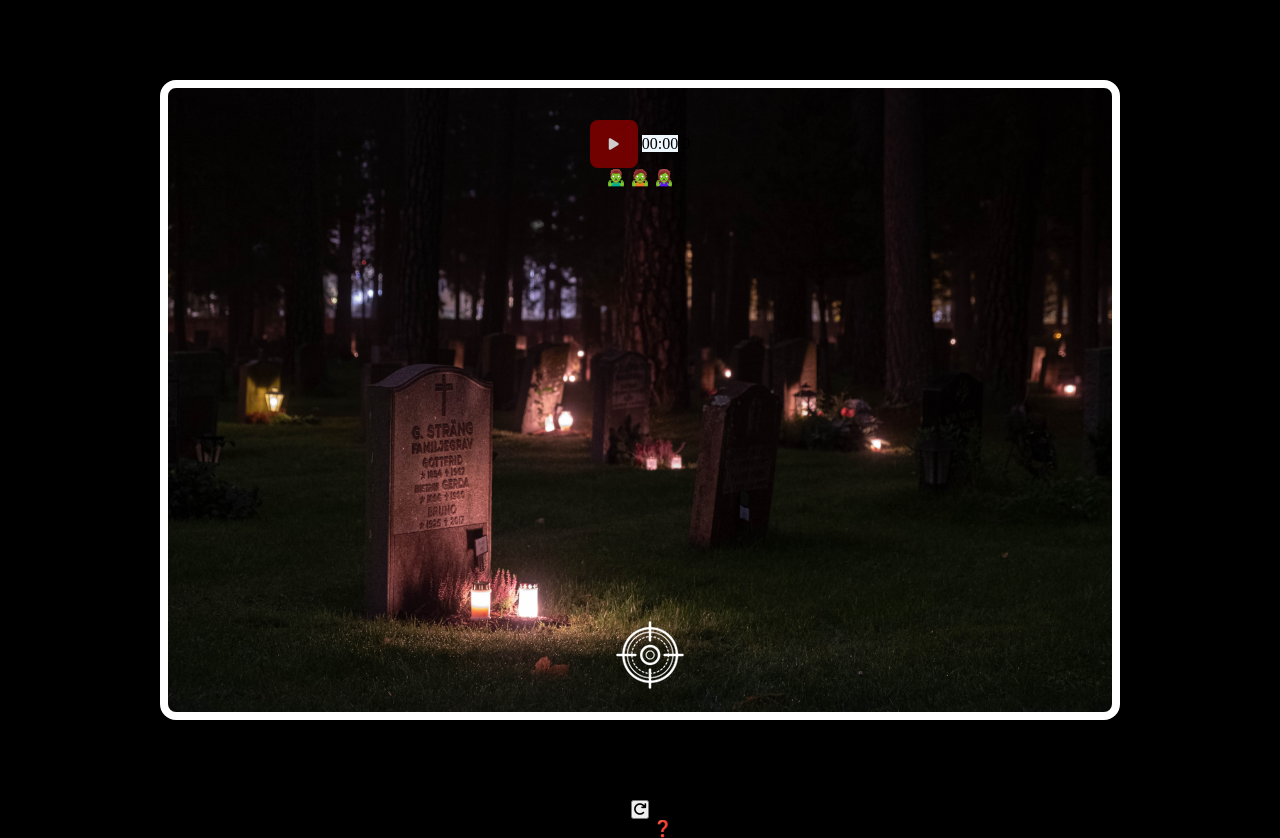
Repository: MrJinkyu/ZombieGame
Page: index.html
These files come from the project's save history. The page is drawn as it stood at one moment and after the next save; the edit follows.
The browser window is 1280 px wide. The pictures show the whole page.
Some web libraries are served in a nearby version.

Above is the page before, as saved 2023-04-08 22:01:19.

After the next save:
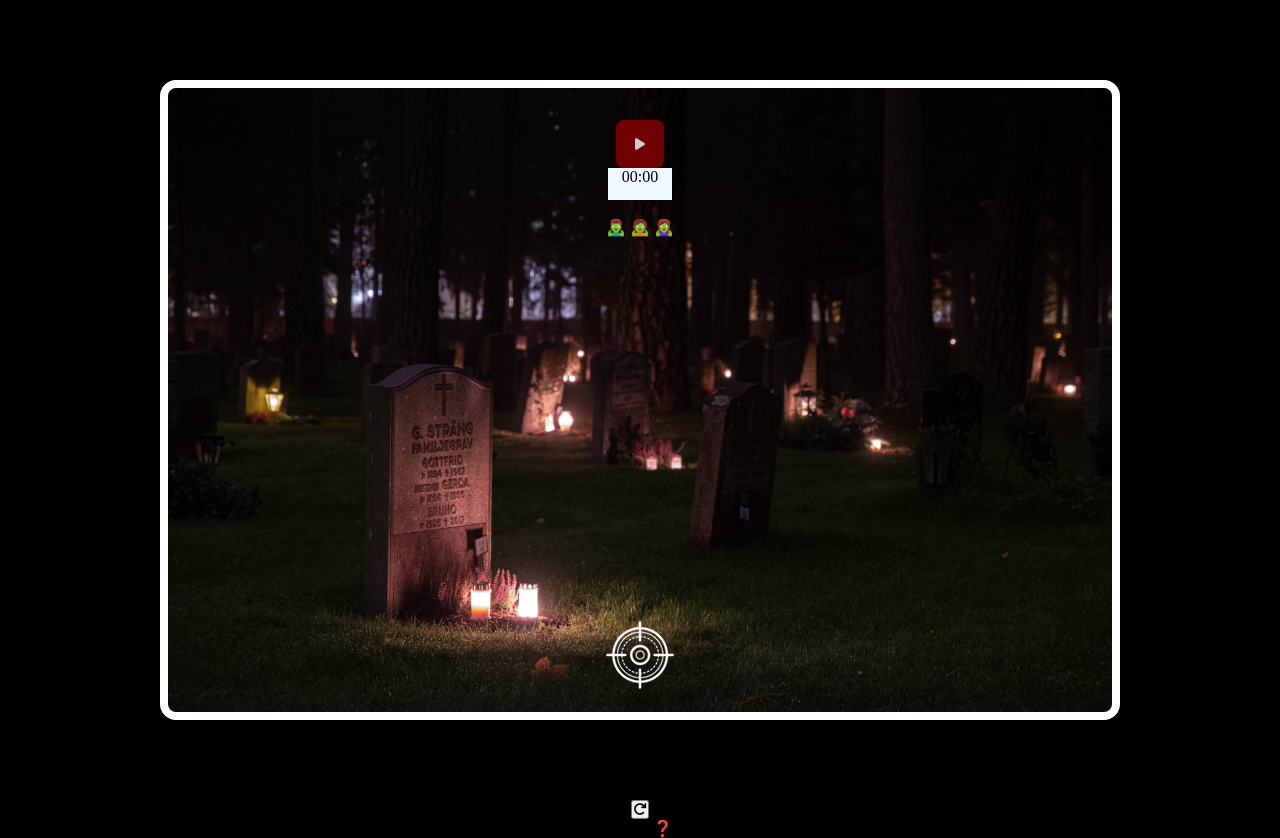
Saved 24 s later.
--- a/style.css
+++ b/style.css
@@ -16,7 +16,9 @@ body{
     height: 40rem;
     border: 0.5rem solid white;
     border-radius: 1rem;
-    text-align: center;
+    display: flex;
+    flex-direction: column;
+    align-items: center;
 }
 
 .game__target{
